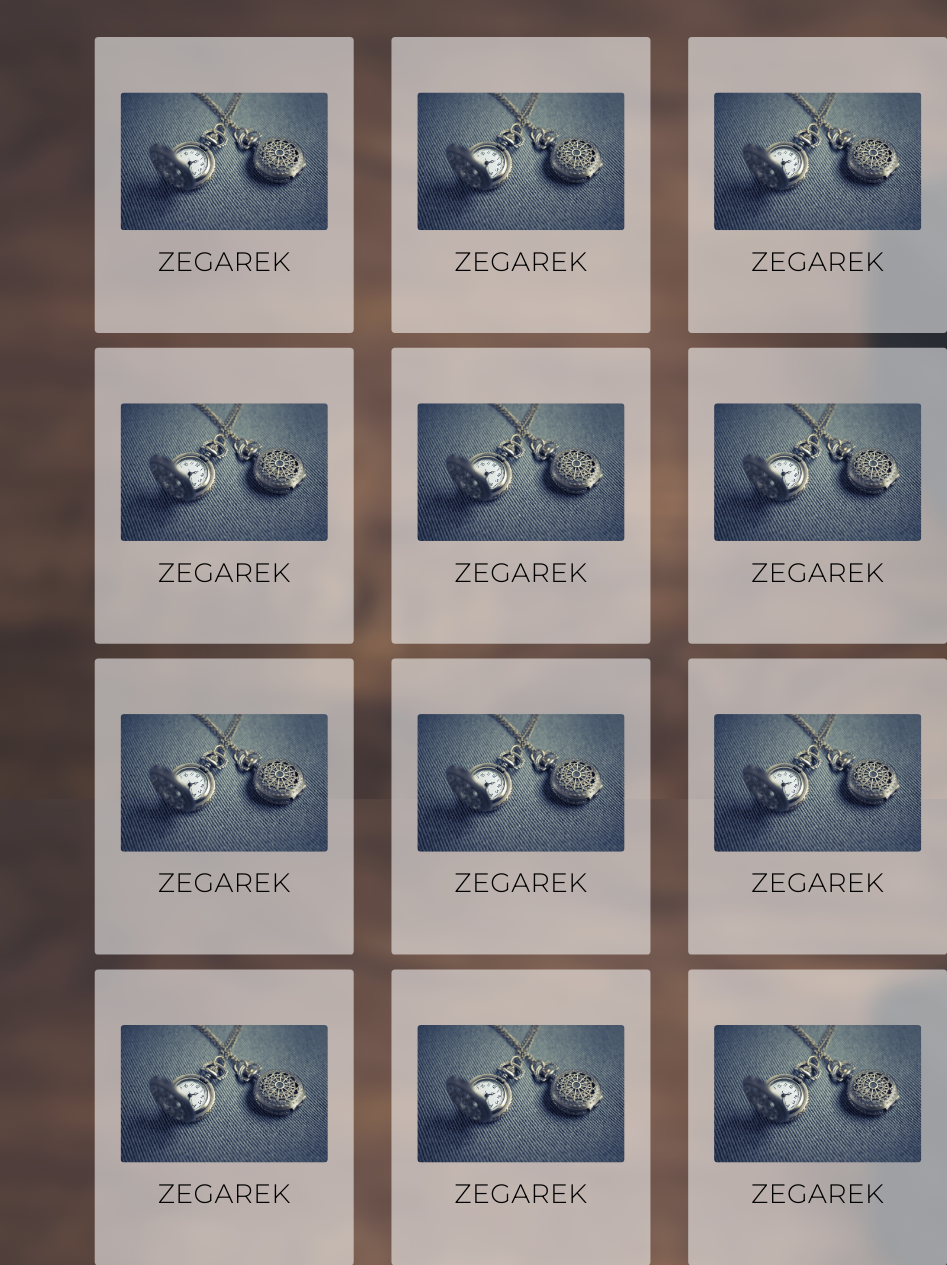
Repository: Rickardo198/prezent
Page: index.html
The author's editor kept a copy of each file at every save. The page is drawn from the files as they stood at one save, then again after the next save.
The browser window is 1280 px wide. The pictures show the whole page, at 74% of full size.

Above is the page before, as saved 2020-10-25 21:29:48.

### index.html
<!DOCTYPE HTML>
<html>
<head>
    <title>Wszystkiego najlepszego!</title>
    <meta charset="utf-8">
    <style>
        @import url('https://fonts.googleapis.com/css2?family=Montserrat:wght@300&display=swap');
        *{
            margin: 0;
            padding: 0;
        }
        body{
            width: calc(100vw - 20px);
            height: 100vh;
            background: url("bg.png");
            box-sizing: border-box;
            font-family: 'Montserrat', sans-serif;
            display: flex;
            align-items: center;
            justify-content: center;
        }
        .wrapper{
            max-width: 1200px;
            margin-top: 30px;
            display: flex;
            flex-flow: row wrap;
            align-items: flex-start;
            justify-content: space-between;
            position: absolute;
            top: 0;
            left: 10%;
        }
        .cardWrapper{
            width: 350px;
            height: 400px;
            position: relative;
            display: flex;
            flex-direction: column;
            align-items: center;
            justify-content: center;
            margin-top: 20px;
        }
        .bgWrapper{
            width: 100%;
            height: 100%;
            position: absolute;
            top:0;
            left: 0;
            background: rgba(255, 255, 255, .55);
            filter: blur(30);
            z-index: -1;
            border-radius: 5px;
        }
        .wrapperImg{
            width: 80%;
            border-radius: 5px;
        }
        .wrapperTitle{
            margin-top: 20px;
            font-size: 36px;
            letter-spacing: .6px;
        }
    </style>
</head>
<body>
    <div class="wrapper">
        <div class="cardWrapper">
            <div class="bgWrapper"></div>
            <img src="img.png" alt="obrazki" class="wrapperImg">
            <p class="wrapperTitle">ZEGAREK</p>
        </div>
        <div class="cardWrapper">
            <div class="bgWrapper"></div>
            <img src="img.png" alt="obrazki" class="wrapperImg">
            <p class="wrapperTitle">ZEGAREK</p>
        </div>
        <div class="cardWrapper">
            <div class="bgWrapper"></div>
            <img src="img.png" alt="obrazki" class="wrapperImg">
            <p class="wrapperTitle">ZEGAREK</p>
        </div>
        <div class="cardWrapper">
            <div class="bgWrapper"></div>
            <img src="img.png" alt="obrazki" class="wrapperImg">
            <p class="wrapperTitle">ZEGAREK</p>
        </div>
        <div class="cardWrapper">
            <div class="bgWrapper"></div>
            <img src="img.png" alt="obrazki" class="wrapperImg">
            <p class="wrapperTitle">ZEGAREK</p>
        </div>
        <div class="cardWrapper">
            <div class="bgWrapper"></div>
            <img src="img.png" alt="obrazki" class="wrapperImg">
            <p class="wrapperTitle">ZEGAREK</p>
        </div>
        <div class="cardWrapper">
            <div class="bgWrapper"></div>
            <img src="img.png" alt="obrazki" class="wrapperImg">
            <p class="wrapperTitle">ZEGAREK</p>
        </div>
        <div class="cardWrapper">
            <div class="bgWrapper"></div>
            <img src="img.png" alt="obrazki" class="wrapperImg">
            <p class="wrapperTitle">ZEGAREK</p>
        </div>
        <div class="cardWrapper">
            <div class="bgWrapper"></div>
            <img src="img.png" alt="obrazki" class="wrapperImg">
            <p class="wrapperTitle">ZEGAREK</p>
        </div>        <div class="cardWrapper">
            <div class="bgWrapper"></div>
            <img src="img.png" alt="obrazki" class="wrapperImg">
            <p class="wrapperTitle">ZEGAREK</p>
        </div>        <div class="cardWrapper">
            <div class="bgWrapper"></div>
            <img src="img.png" alt="obrazki" class="wrapperImg">
            <p class="wrapperTitle">ZEGAREK</p>
        </div>        <div class="cardWrapper">
            <div class="bgWrapper"></div>
            <img src="img.png" alt="obrazki" class="wrapperImg">
            <p class="wrapperTitle">ZEGAREK</p>
        </div>
    </div>
</body>
</html>

After the next save:
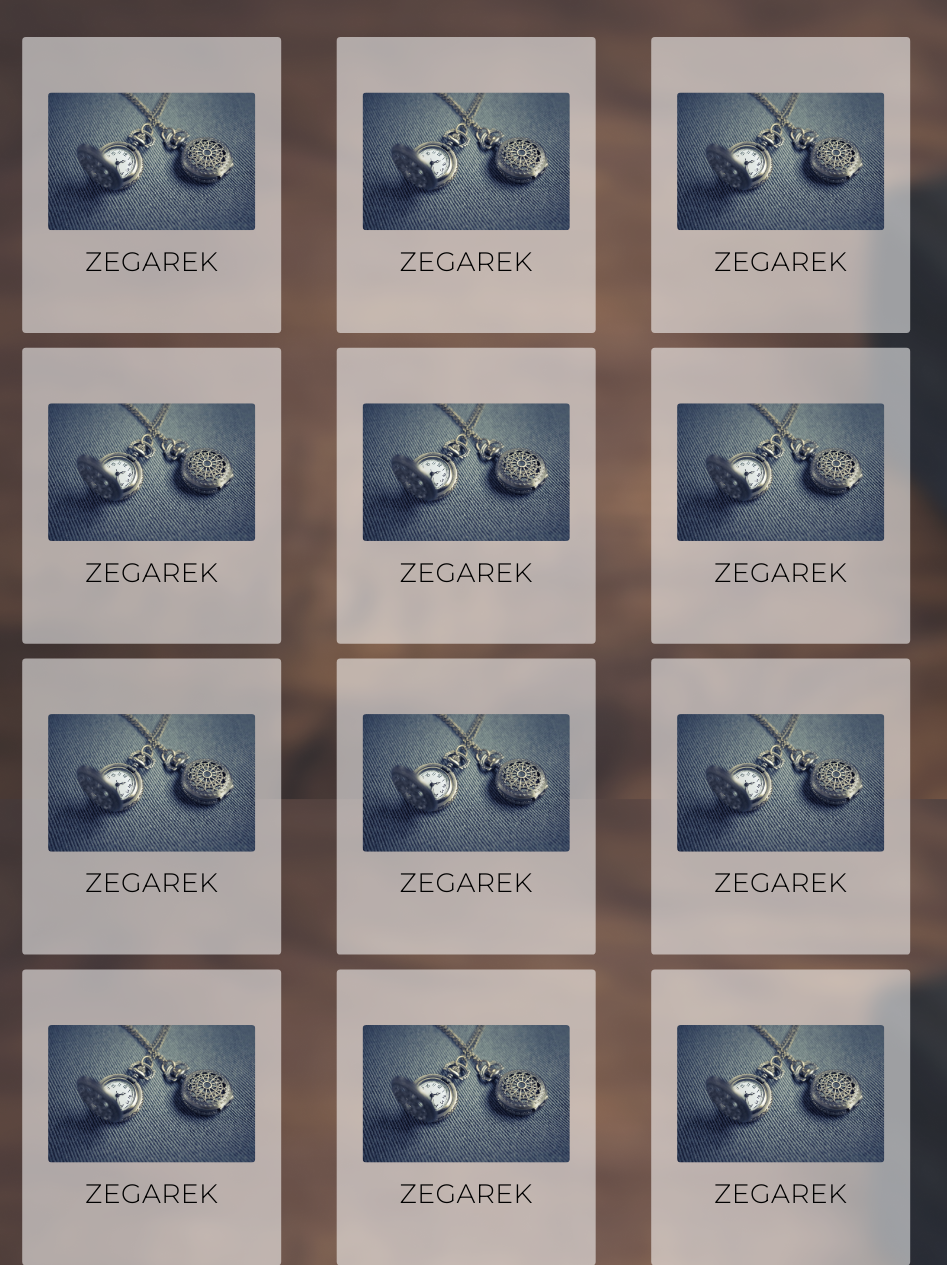
Saved 36 s later.
--- a/index.html
+++ b/index.html
@@ -16,7 +16,7 @@
             box-sizing: border-box;
             font-family: 'Montserrat', sans-serif;
             display: flex;
-            align-items: center;
+            align-items: flex-start;
             justify-content: center;
         }
         .wrapper{
@@ -26,9 +26,6 @@
             flex-flow: row wrap;
             align-items: flex-start;
             justify-content: space-between;
-            position: absolute;
-            top: 0;
-            left: 10%;
         }
         .cardWrapper{
             width: 350px;
